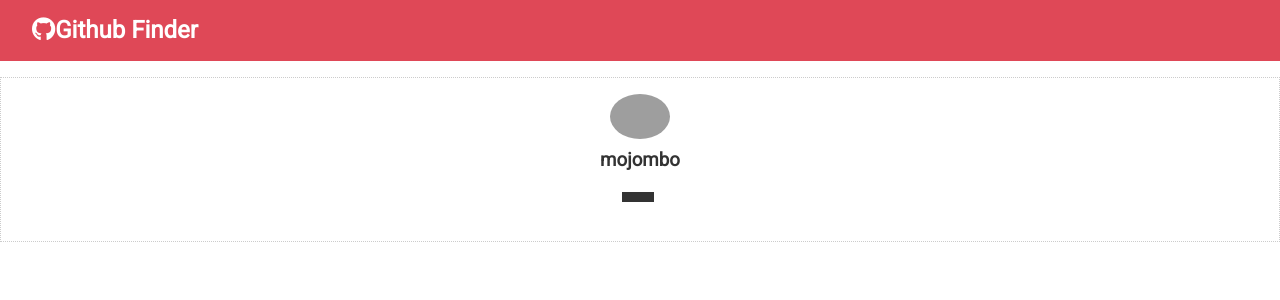
Repository: messimacky/github-finder
Page: /
An editor plug-in stored every save of this project. The page is shown before and after the next save, followed by the edit.
The browser window is 1280 px wide. The pictures show the whole page.
Pictures or frames that could not be fetched are drawn as grey boxes. Some web libraries are served in a nearby version. The project was rebuilt for these pictures with package versions that can differ from the ones it lists, and the page was loaded fresh each time.

Above is the page before, as saved 2022-02-21 13:53:38.

### public/index.html
<!DOCTYPE html>
<html lang="en">
  <head>
    <meta charset="utf-8" />
    <link rel="icon" href="%PUBLIC_URL%/favicon.ico" />
    <meta name="viewport" content="width=device-width, initial-scale=1" />
    <meta name="theme-color" content="#000000" />
    <meta
      name="description"
      content="Web site created using create-react-app"
    />
    <link rel="apple-touch-icon" href="%PUBLIC_URL%/logo192.png" />

    <link rel="manifest" href="%PUBLIC_URL%/manifest.json" />

    <link
    rel="stylesheet"
    href="https://use.fontawesome.com/releases/v5.8.2/css/all.css"
    integrity="sha384-oS3vJWv+0UjzBfQzYUhtDYW+Pj2yciDJxpsK1OYPAYjqT085Qq/1cq5FLXAZQ7Ay"
    crossorigin="anonymous"
  />

    <title>React App</title>
  </head>
  <body>
    <noscript>You need to enable JavaScript to run this app.</noscript>
    <div id="root"></div>
  </body>
</html>

### src/App.js
import React, { Component, Fragment } from 'react';
import Navbar from './components/layout/Navbar';
import UserItem from './users/UserItem';
import './App.css';

class App extends React.Component {

render(){
  const numbers=[1, 2, 3, 4];
 return (
    <div className='App'>
   <Navbar />
   <UserItem />

    </div>
  );
}


}

export default App;

### src/components/layout/Navbar.js
import React, { Component } from 'react'
import PropTypes from 'prop-types';
export class Navbar extends Component {
    static defaultProps={
        title: "Github Finder",
        icon:"fab fa-github"
      }

    static propTypes = {
        title:PropTypes.string.isRequired,
        icon:PropTypes.string.isRequired
    };
  render() {
    return (
      <nav className='navbar bg-primary'>
      <h1>
      <i className={this.props.icon} />
      {this.props.title}

      </h1>
       </nav>
    )
  }
}

export default Navbar

### src/users/UserItem.js
import React, { Component } from 'react'

 class UserItem extends Component {
     constructor()
     {
         super();
        this.state={
            id:1,
            login: 'mojombo',
            avatar_url: 'https://avatars.githubusercontent.com/u/1?v=4',
            html_url: 'https://github.com/mojombo'
        }
     }
  render() {
    return (
      <div className='card text-center'>
      <img src={this.state.avatar_url} alt=''
      className='round-img'
      style={{width:'60px' }}
      />
      <h3>{this.state.login}</h3>
      <div>
      <a href={this.state.html_url} className="btn btn-dark btn-sm my-1"></a>
      </div>

      </div>
    )
  }
}

export default UserItem

Loaded but not shown: src/index.js (common file); src/App.css (common file)

After the next save:
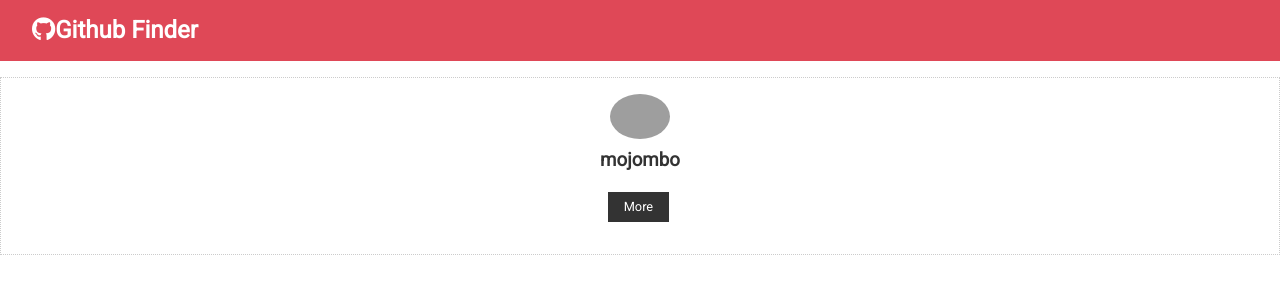
Saved 27 s later.
--- a/src/users/UserItem.js
+++ b/src/users/UserItem.js
@@ -20,7 +20,7 @@
       />
       <h3>{this.state.login}</h3>
       <div>
-      <a href={this.state.html_url} className="btn btn-dark btn-sm my-1"></a>
+      <a href={this.state.html_url} className="btn btn-dark btn-sm my-1">More</a>
       </div>
 
       </div>
